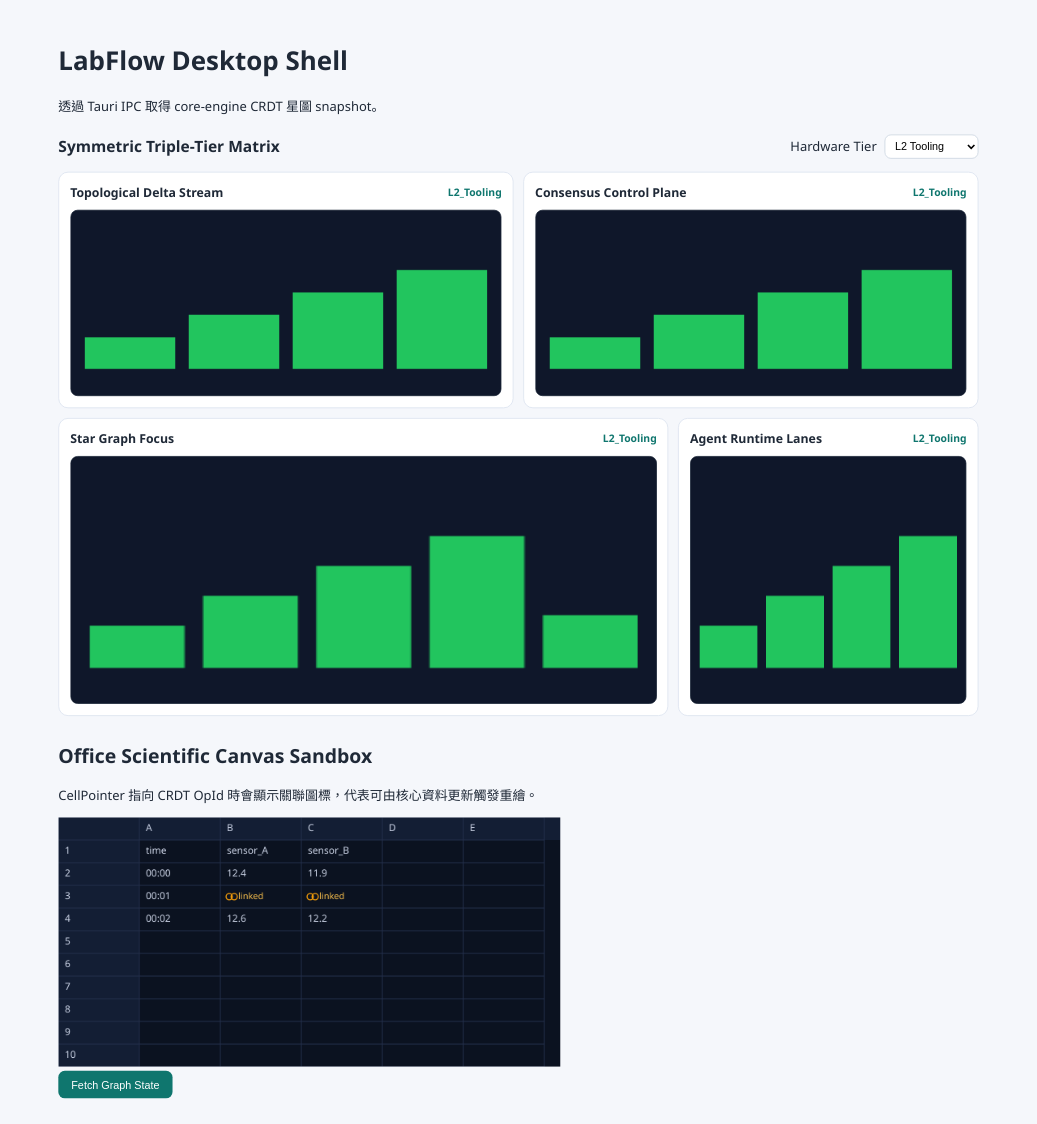
Repository: tico-Lin/LabFlow_Pro
Page: / (app in ui-desktop/)
An editor plug-in stored every save of this project. The page is shown before and after the next save, followed by the edit.
The browser window is 1280 px wide. The pictures show the whole page, at 81% of full size.
The project was rebuilt for these pictures with package versions that can differ from the ones it lists, and the page was loaded fresh each time. Also part of the build but not shown: ui-desktop/vite.config.ts.

Above is the page before, as saved 2026-04-13 21:02:03.

### ui-desktop/index.html
<!doctype html>
<html lang="zh-Hant">
  <head>
    <meta charset="UTF-8" />
    <meta name="viewport" content="width=device-width, initial-scale=1.0" />
    <title>LabFlow Desktop</title>
  </head>
  <body>
    <div id="root"></div>
    <script type="module" src="/src/main.tsx"></script>
  </body>
</html>

### ui-desktop/src/main.tsx
import React from "react";
import ReactDOM from "react-dom/client";
import App from "./App";
import "./styles.css";

ReactDOM.createRoot(document.getElementById("root")!).render(
  <React.StrictMode>
    <App />
  </React.StrictMode>
);

### ui-desktop/src/App.tsx
import { useState } from "react";
import { invoke } from "@tauri-apps/api/core";
import MatrixDashboard from "./components/MatrixDashboard";
import SpreadsheetGrid, { useDemoSpreadsheetData } from "./components/OfficeCanvas/SpreadsheetGrid";

type GraphStateSnapshot = {
  nodes: Array<{ id: string; label: string; properties: Record<string, string> }>;
  edges: Array<{ id: string; from: string; to: string; label: string }>;
  deleted_edges: string[];
  op_count: number;
};

export default function App() {
  const [snapshot, setSnapshot] = useState<GraphStateSnapshot | null>(null);
  const [loading, setLoading] = useState(false);
  const [error, setError] = useState<string | null>(null);
  const spreadsheetData = useDemoSpreadsheetData();

  const fetchState = async () => {
    setLoading(true);
    setError(null);
    try {
      const next = await invoke<GraphStateSnapshot>("fetch_graph_state");
      setSnapshot(next);
    } catch (err) {
      setError(err instanceof Error ? err.message : String(err));
    } finally {
      setLoading(false);
    }
  };

  return (
    <main className="app-shell">
      <h1>LabFlow Desktop Shell</h1>
      <p>透過 Tauri IPC 取得 core-engine CRDT 星圖 snapshot。</p>
      <MatrixDashboard />
      <section className="office-canvas-shell">
        <h2>Office Scientific Canvas Sandbox</h2>
        <p>CellPointer 指向 CRDT OpId 時會顯示關聯圖標，代表可由核心資料更新觸發重繪。</p>
        <SpreadsheetGrid data={spreadsheetData} />
      </section>
      <button onClick={fetchState} disabled={loading}>
        {loading ? "讀取中..." : "Fetch Graph State"}
      </button>
      {error && <pre className="error">{error}</pre>}
      {snapshot && <pre>{JSON.stringify(snapshot, null, 2)}</pre>}
    </main>
  );
}

### ui-desktop/src/styles.css
* {
  box-sizing: border-box;
}

body {
  margin: 0;
  font-family: "Segoe UI", sans-serif;
  background: #f5f7fb;
  color: #1f2937;
}

.app-shell {
  max-width: 1200px;
  margin: 0 auto;
  padding: 2rem;
}

.matrix-dashboard {
  margin: 1.5rem 0 2rem;
}

.dashboard-header {
  display: flex;
  justify-content: space-between;
  align-items: center;
  gap: 1rem;
  margin-bottom: 1rem;
}

.dashboard-header h2 {
  margin: 0;
  font-size: 1.2rem;
}

.tier-switcher {
  display: flex;
  align-items: center;
  gap: 0.6rem;
}

.tier-switcher select {
  border: 1px solid #cbd5e1;
  border-radius: 0.5rem;
  padding: 0.35rem 0.5rem;
  background: #fff;
}

.virtual-grid {
  display: grid;
  grid-template-columns: repeat(12, minmax(0, 1fr));
  grid-auto-rows: 64px;
  gap: 12px;
}

.matrix-card {
  grid-column: calc(var(--x) + 1) / span var(--w);
  grid-row: calc(var(--y) + 1) / span var(--h);
  background: #ffffff;
  border: 1px solid #dbe3ef;
  border-radius: 0.75rem;
  padding: 0.85rem;
  display: flex;
  flex-direction: column;
  gap: 0.75rem;
  min-height: 0;
}

.matrix-card header {
  display: flex;
  justify-content: space-between;
  align-items: center;
  gap: 0.6rem;
}

.matrix-card h3 {
  margin: 0;
  font-size: 0.95rem;
}

.matrix-card header span {
  color: #0f766e;
  font-weight: 600;
  font-size: 0.8rem;
}

.tier-list {
  margin: 0;
  padding-left: 1.2rem;
  line-height: 1.5;
}

.tier-canvas {
  width: 100%;
  height: 100%;
  min-height: 130px;
  border-radius: 0.55rem;
  border: 1px solid #1e293b;
  background: #0f172a;
}

.tier-fallback {
  min-height: 130px;
  display: grid;
  place-items: center;
  border-radius: 0.55rem;
  border: 1px solid #334155;
  background: #0f172a;
  color: #cbd5e1;
  text-align: center;
  padding: 0.75rem;
}

@media (max-width: 960px) {
  .virtual-grid {
    grid-template-columns: repeat(6, minmax(0, 1fr));
    grid-auto-rows: minmax(72px, auto);
    grid-auto-flow: row dense;
  }

  .matrix-card {
    grid-column: span var(--tablet-span);
    grid-row: auto;
  }
}

@media (max-width: 640px) {
  .dashboard-header {
    flex-direction: column;
    align-items: flex-start;
  }

  .virtual-grid {
    grid-template-columns: 1fr;
    grid-auto-rows: auto;
  }

  .matrix-card {
    grid-column: 1 / -1;
    grid-row: auto;
  }
}

button {
  border: none;
  background: #0f766e;
  color: white;
  padding: 0.6rem 1rem;
  border-radius: 0.5rem;
  cursor: pointer;
}

button[disabled] {
  opacity: 0.7;
  cursor: wait;
}

pre {
  background: #111827;
  color: #e5e7eb;
  border-radius: 0.5rem;
  padding: 1rem;
  overflow: auto;
}

.error {
  border: 1px solid #ef4444;
}

### ui-desktop/src/components/MatrixDashboard.tsx
import { type CSSProperties, useEffect, useMemo, useRef, useState } from "react";

export enum RenderTier {
  L1_Skeleton = "L1_Skeleton",
  L2_Tooling = "L2_Tooling",
  L3_Advanced = "L3_Advanced"
}

type Capability = {
  tier: RenderTier;
  setTier: (tier: RenderTier) => void;
};

export function useHardwareCapability(): Capability {
  const [tier, setTier] = useState<RenderTier>(() => {
    if (typeof window === "undefined") {
      return RenderTier.L2_Tooling;
    }

    const preset = window.localStorage.getItem("labflow.renderTier");
    if (preset === RenderTier.L1_Skeleton || preset === RenderTier.L2_Tooling || preset === RenderTier.L3_Advanced) {
      return preset;
    }

    return RenderTier.L2_Tooling;
  });

  const updateTier = (next: RenderTier) => {
    setTier(next);
    if (typeof window !== "undefined") {
      window.localStorage.setItem("labflow.renderTier", next);
    }
  };

  return { tier, setTier: updateTier };
}

type GraphCard = {
  id: string;
  title: string;
  x: number;
  y: number;
  w: number;
  h: number;
  content: string[];
};

type GridCardProps = {
  card: GraphCard;
  tier: RenderTier;
};

function L2CanvasChart({ points }: { points: string[] }) {
  const canvasRef = useRef<HTMLCanvasElement>(null);

  useEffect(() => {
    const canvas = canvasRef.current;
    if (!canvas) {
      return;
    }

    const ctx = canvas.getContext("2d");
    if (!ctx) {
      return;
    }

    const width = canvas.width;
    const height = canvas.height;
    ctx.clearRect(0, 0, width, height);
    ctx.fillStyle = "#0f172a";
    ctx.fillRect(0, 0, width, height);

    const barGap = 12;
    const barWidth = Math.max(12, (width - barGap * (points.length + 1)) / points.length);

    points.forEach((_, idx) => {
      const value = 24 + ((idx * 17) % 62);
      const x = barGap + idx * (barWidth + barGap);
      const y = height - value - 20;
      ctx.fillStyle = "#22c55e";
      ctx.fillRect(x, y, barWidth, value);
    });
  }, [points]);

  return <canvas ref={canvasRef} className="tier-canvas" width={380} height={140} />;
}

function L3WebGLStarMap() {
  const canvasRef = useRef<HTMLCanvasElement>(null);
  const [fallback, setFallback] = useState(false);

  useEffect(() => {
    const canvas = canvasRef.current;
    if (!canvas) {
      return;
    }

    const gl = canvas.getContext("webgl2") ?? canvas.getContext("webgl");
    if (!gl) {
      setFallback(true);
      return;
    }

    gl.viewport(0, 0, canvas.width, canvas.height);
    gl.clearColor(0.03, 0.06, 0.13, 1.0);
    gl.clear(gl.COLOR_BUFFER_BIT);
  }, []);

  if (fallback) {
    return <div className="tier-fallback">WebGL unavailable, fallback to L2 canvas.</div>;
  }

  return <canvas ref={canvasRef} className="tier-canvas" width={420} height={170} />;
}

function GridCard({ card, tier }: GridCardProps) {
  const tabletSpan = card.w >= 8 ? 6 : card.w >= 4 ? 3 : 2;

  const style: CSSProperties = {
    "--x": card.x,
    "--y": card.y,
    "--w": card.w,
    "--h": card.h,
    "--tablet-span": tabletSpan
  };

  return (
    <article className="matrix-card" style={style}>
      <header>
        <h3>{card.title}</h3>
        <span>{tier}</span>
      </header>

      {tier === RenderTier.L1_Skeleton && (
        <ul className="tier-list">
          {card.content.map((item) => (
            <li key={item}>{item}</li>
          ))}
        </ul>
      )}

      {tier === RenderTier.L2_Tooling && <L2CanvasChart points={card.content} />}

      {tier === RenderTier.L3_Advanced && <L3WebGLStarMap />}
    </article>
  );
}

export default function MatrixDashboard() {
  const { tier, setTier } = useHardwareCapability();

  const cards = useMemo<GraphCard[]>(
    () => [
      {
        id: "A1",
        title: "Topological Delta Stream",
        x: 0,
        y: 0,
        w: 6,
        h: 4,
        content: ["Node churn", "Edge entropy", "Replica lag", "Conflict rate"]
      },
      {
        id: "B1",
        title: "Consensus Control Plane",
        x: 6,
        y: 0,
        w: 6,
        h: 4,
        content: ["Election horizon", "Clock skew", "State transfer", "Checkpoint"]
      },
      {
        id: "C1",
        title: "Star Graph Focus",
        x: 0,
        y: 4,
        w: 8,
        h: 5,
        content: ["Sector A", "Sector B", "Sector C", "Sector D", "Sector E"]
      },
      {
        id: "D1",
        title: "Agent Runtime Lanes",
        x: 8,
        y: 4,
        w: 4,
        h: 5,
        content: ["L1 skeleton", "L2 tooling", "L3 advanced", "IPC health"]
      }
    ],
    []
  );

  return (
    <section className="matrix-dashboard">
      <div className="dashboard-header">
        <h2>Symmetric Triple-Tier Matrix</h2>
        <div className="tier-switcher">
          <label htmlFor="tier-select">Hardware Tier</label>
          <select
            id="tier-select"
            value={tier}
            onChange={(event) => setTier(event.target.value as RenderTier)}
          >
            <option value={RenderTier.L1_Skeleton}>L1 Skeleton</option>
            <option value={RenderTier.L2_Tooling}>L2 Tooling</option>
            <option value={RenderTier.L3_Advanced}>L3 Advanced</option>
          </select>
        </div>
      </div>

      <div className="virtual-grid" role="list">
        {cards.map((card) => (
          <GridCard key={card.id} card={card} tier={tier} />
        ))}
      </div>
    </section>
  );
}

### ui-desktop/src/components/OfficeCanvas/SpreadsheetGrid.tsx
import { useEffect, useMemo, useRef } from "react";

export type UUID = string;

// Points to a CRDT operation identity in core-engine instead of storing static text.
export type CellPointer = {
  kind: "pointer";
  opId: UUID;
};

export type CellValue = string | number | CellPointer | null;

export type SpreadsheetGridData = {
  rows: number;
  cols: number;
  cells: Record<string, CellValue>;
};

type SpreadsheetGridProps = {
  data: SpreadsheetGridData;
  cellWidth?: number;
  cellHeight?: number;
  viewportWidth?: number;
  viewportHeight?: number;
  revision?: number;
};

function cellKey(row: number, col: number): string {
  return `${row}:${col}`;
}

function isCellPointer(value: CellValue): value is CellPointer {
  return typeof value === "object" && value !== null && value.kind === "pointer";
}

function drawPointerBadge(
  ctx: CanvasRenderingContext2D,
  x: number,
  y: number,
  size: number
): void {
  const radius = Math.max(2, size * 0.24);
  const cx = x + size * 0.5;
  const cy = y + size * 0.5;

  ctx.save();
  ctx.strokeStyle = "#f59e0b";
  ctx.lineWidth = 1.4;

  ctx.beginPath();
  ctx.arc(cx - radius * 0.8, cy, radius, 0, Math.PI * 2);
  ctx.stroke();

  ctx.beginPath();
  ctx.arc(cx + radius * 0.8, cy, radius, 0, Math.PI * 2);
  ctx.stroke();

  ctx.beginPath();
  ctx.moveTo(cx - radius * 0.1, cy - radius * 0.5);
  ctx.lineTo(cx + radius * 0.1, cy + radius * 0.5);
  ctx.stroke();

  ctx.restore();
}

function drawGrid(
  canvas: HTMLCanvasElement,
  data: SpreadsheetGridData,
  cellWidth: number,
  cellHeight: number,
  viewportWidth: number,
  viewportHeight: number
): void {
  const dpr = window.devicePixelRatio || 1;
  canvas.width = Math.floor(viewportWidth * dpr);
  canvas.height = Math.floor(viewportHeight * dpr);
  canvas.style.width = `${viewportWidth}px`;
  canvas.style.height = `${viewportHeight}px`;

  const ctx = canvas.getContext("2d");
  if (!ctx) {
    return;
  }

  ctx.setTransform(dpr, 0, 0, dpr, 0, 0);
  ctx.clearRect(0, 0, viewportWidth, viewportHeight);

  const visibleRows = Math.min(data.rows, Math.floor(viewportHeight / cellHeight));
  const visibleCols = Math.min(data.cols, Math.floor(viewportWidth / cellWidth));

  ctx.fillStyle = "#0b1220";
  ctx.fillRect(0, 0, viewportWidth, viewportHeight);

  ctx.fillStyle = "#131e34";
  ctx.fillRect(0, 0, viewportWidth, cellHeight);
  ctx.fillRect(0, 0, cellWidth, viewportHeight);

  ctx.strokeStyle = "#24314d";
  ctx.lineWidth = 1;

  for (let row = 0; row <= visibleRows; row += 1) {
    const y = row * cellHeight;
    ctx.beginPath();
    ctx.moveTo(0, y);
    ctx.lineTo(visibleCols * cellWidth, y);
    ctx.stroke();
  }

  for (let col = 0; col <= visibleCols; col += 1) {
    const x = col * cellWidth;
    ctx.beginPath();
    ctx.moveTo(x, 0);
    ctx.lineTo(x, visibleRows * cellHeight);
    ctx.stroke();
  }

  ctx.textBaseline = "middle";
  ctx.font = "12px Segoe UI";
  ctx.fillStyle = "#d1d9eb";

  for (let col = 1; col < visibleCols; col += 1) {
    const label = String.fromCharCode(64 + col);
    ctx.fillText(label, col * cellWidth + 8, cellHeight * 0.5);
  }

  for (let row = 1; row < visibleRows; row += 1) {
    ctx.fillText(String(row), 8, row * cellHeight + cellHeight * 0.5);
  }

  for (let row = 1; row < visibleRows; row += 1) {
    for (let col = 1; col < visibleCols; col += 1) {
      const key = cellKey(row, col);
      const value = data.cells[key] ?? null;
      const x = col * cellWidth;
      const y = row * cellHeight;

      if (isCellPointer(value)) {
        drawPointerBadge(ctx, x + 6, y + 6, Math.min(cellWidth, cellHeight) - 12);
        ctx.fillStyle = "#f8bf4d";
        ctx.font = "11px Segoe UI";
        ctx.fillText("linked", x + 22, y + cellHeight * 0.5);
        ctx.fillStyle = "#d1d9eb";
        ctx.font = "12px Segoe UI";
      } else if (value !== null) {
        const text = String(value);
        ctx.fillText(text, x + 8, y + cellHeight * 0.5);
      }
    }
  }
}

export default function SpreadsheetGrid({
  data,
  cellWidth = 100,
  cellHeight = 28,
  viewportWidth = 620,
  viewportHeight = 308,
  revision = 0
}: SpreadsheetGridProps) {
  const canvasRef = useRef<HTMLCanvasElement>(null);

  useEffect(() => {
    const canvas = canvasRef.current;
    if (!canvas) {
      return;
    }

    drawGrid(canvas, data, cellWidth, cellHeight, viewportWidth, viewportHeight);
  }, [data, cellWidth, cellHeight, viewportWidth, viewportHeight, revision]);

  return <canvas ref={canvasRef} className="spreadsheet-grid" aria-label="Office canvas spreadsheet grid" />;
}

export function createDemoSpreadsheetData(): SpreadsheetGridData {
  return {
    rows: 24,
    cols: 12,
    cells: {
      [cellKey(1, 1)]: "time",
      [cellKey(1, 2)]: "sensor_A",
      [cellKey(1, 3)]: "sensor_B",
      [cellKey(2, 1)]: "00:00",
      [cellKey(2, 2)]: 12.4,
      [cellKey(2, 3)]: 11.9,
      [cellKey(3, 1)]: "00:01",
      [cellKey(3, 2)]: {
        kind: "pointer",
        opId: "7f0c5ef1-30cb-4e59-9e2f-1624e8ce0f2a"
      },
      [cellKey(3, 3)]: {
        kind: "pointer",
        opId: "9ac5f0a8-8f6f-49b7-a98e-3a843910cde7"
      },
      [cellKey(4, 1)]: "00:02",
      [cellKey(4, 2)]: 12.6,
      [cellKey(4, 3)]: 12.2
    }
  };
}

export function useDemoSpreadsheetData() {
  return useMemo(() => createDemoSpreadsheetData(), []);
}

After the next save:
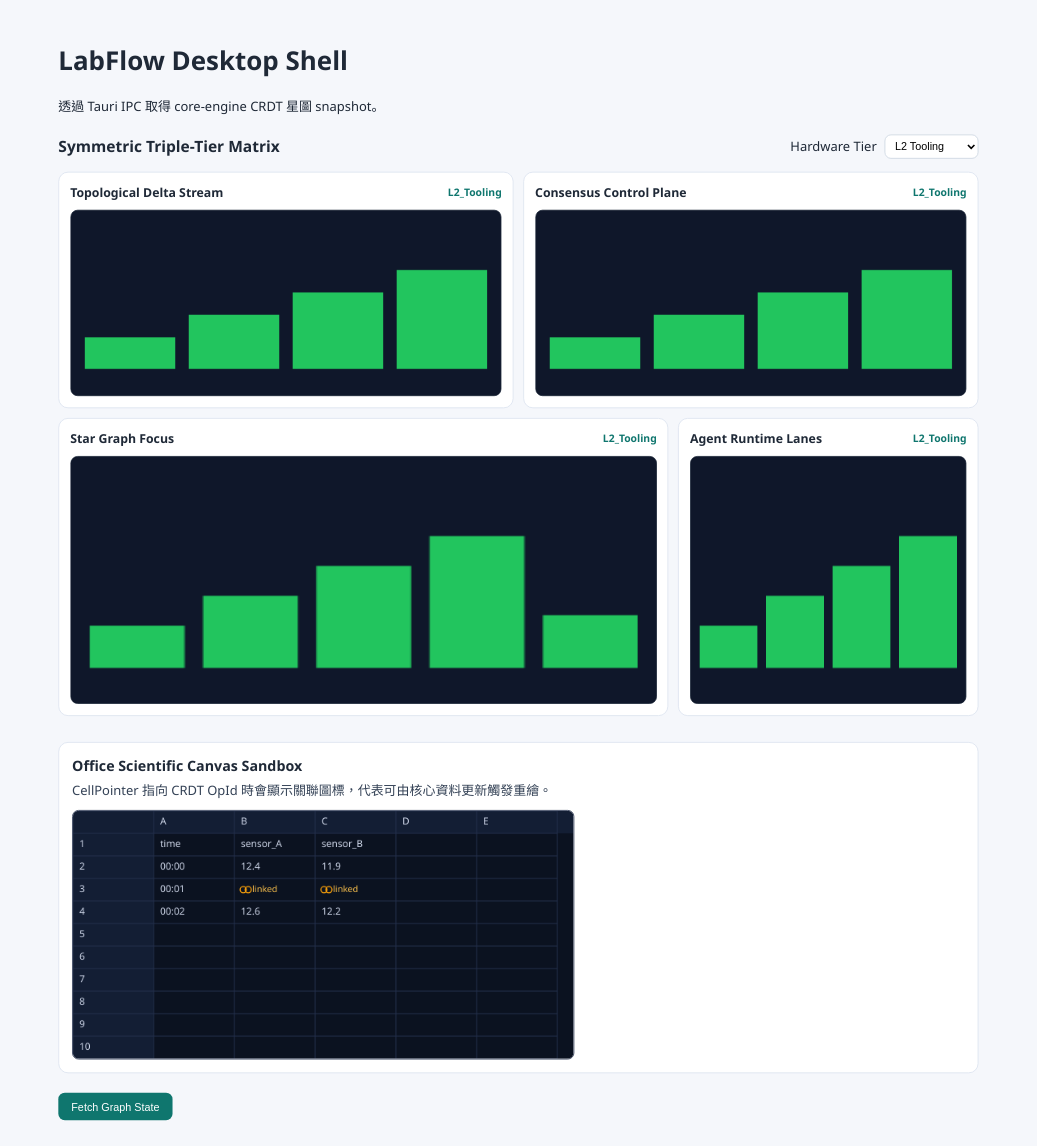
Saved 26 s later.
--- a/ui-desktop/src/styles.css
+++ b/ui-desktop/src/styles.css
@@ -17,6 +17,32 @@ body {
 
 .matrix-dashboard {
   margin: 1.5rem 0 2rem;
+}
+
+.office-canvas-shell {
+  margin: 1.5rem 0;
+  padding: 1rem;
+  border: 1px solid #dbe3ef;
+  border-radius: 0.75rem;
+  background: #fff;
+}
+
+.office-canvas-shell h2 {
+  margin: 0 0 0.4rem;
+  font-size: 1.1rem;
+}
+
+.office-canvas-shell p {
+  margin: 0 0 0.8rem;
+  color: #334155;
+}
+
+.spreadsheet-grid {
+  display: block;
+  width: 100%;
+  max-width: 620px;
+  border-radius: 0.5rem;
+  border: 1px solid #24314d;
 }
 
 .dashboard-header {
